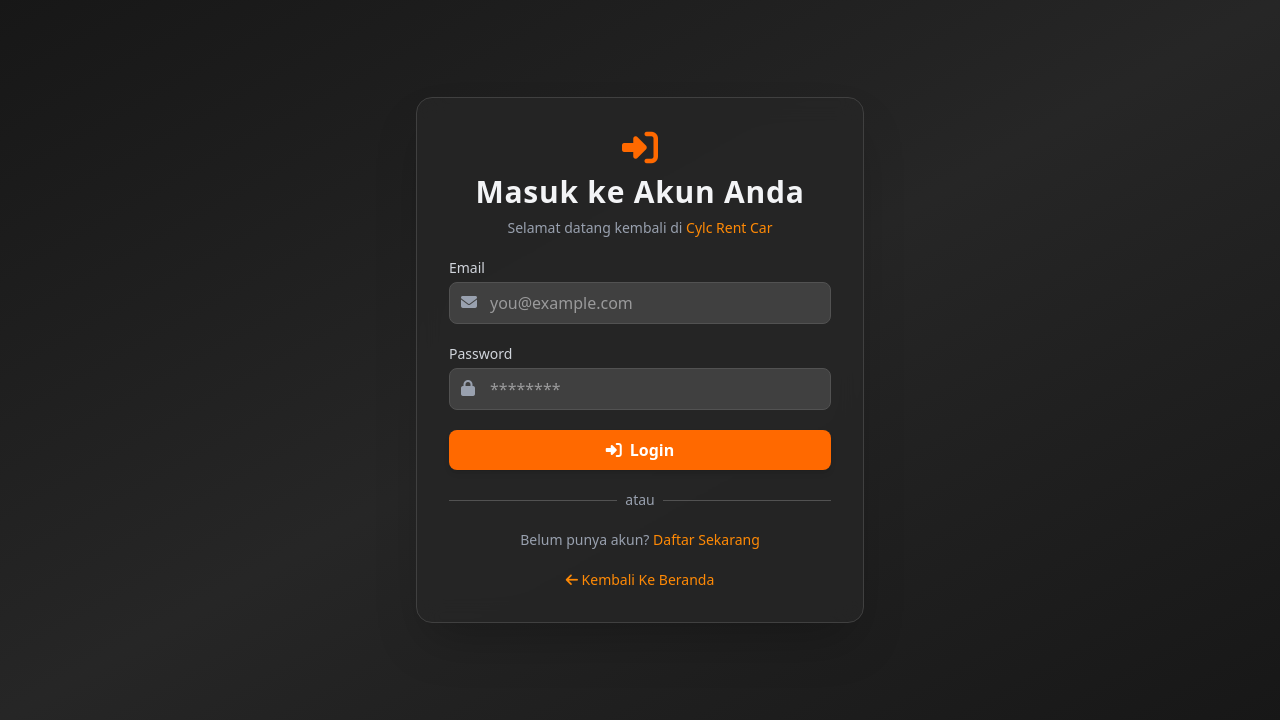
Repository: Fadlan079/FinalProject-RentalMobil
Page: http://localhost/index.php?action=login
The author's editor kept a copy of each file at every save. The page is drawn from the files as they stood at one save, then again after the next save.
The browser window is 1280 px wide. The pictures show the whole page.
Some web libraries are served in a nearby version. The page is run by PHP 8.4 with error messages shown; the project is at /var/www/html/. Style sheets and scripts are compiled from the project's sources, by tool versions that may differ from the author's.

Above is the page before, as saved 2025-11-12 13:08:56.

After the next save:
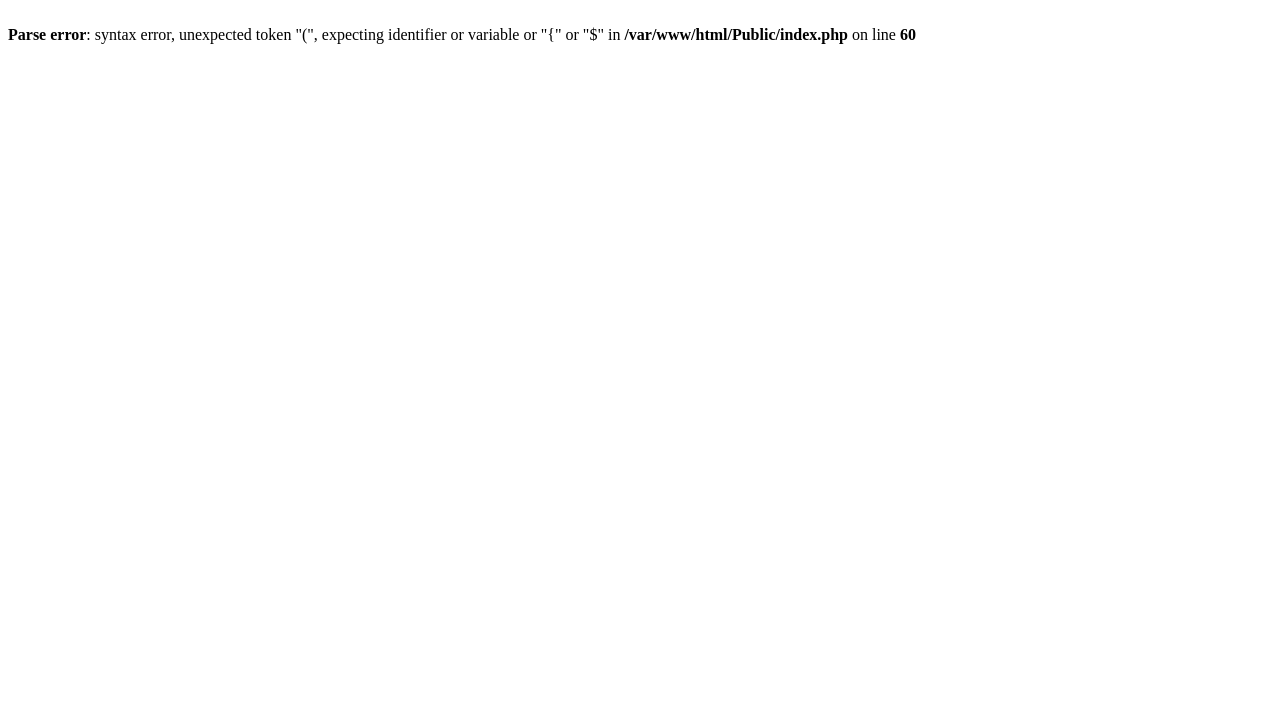
Saved 2 s later.
--- a/Public/index.php
+++ b/Public/index.php
@@ -57,7 +57,7 @@
         $Pegawaicontroller->Storeprofile();
         break;
     case 'store-user':
-        $Pegawaicontroller->
+        $Pegawaicontroller->()
         break;
     //ADMIN
 
